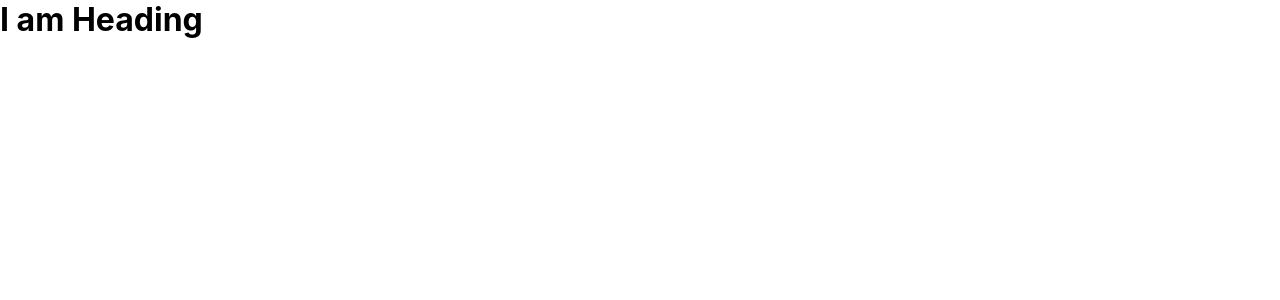
Repository: professorsourabh/tinder-clone
Page: /chat
An editor plug-in stored every save of this project. The page is shown before and after the next save, followed by the edit.
The browser window is 1280 px wide. The pictures show the whole page.
The project was rebuilt for these pictures with package versions that can differ from the ones it lists, and the page was loaded fresh each time. Also part of the build but not shown: src/App.css.

Above is the page before, as saved 2023-05-30 10:46:13.

### src/App.js
import './App.css';
import Navbar from './Navbar';
function App() {
  return (
    <div className="App">
    <Navbar/>
    </div>
  );
}

export default App;

### src/Navbar.js
import React from 'react'

function Navbar() {
  return (
    <div>
      <h1>I am Heading</h1>
    </div>
  )
}

export default Navbar

Loaded but not shown: public/index.html (common file); src/index.js (common file); src/index.css (common file); src/reportWebVitals.js (common file)

After the next save:
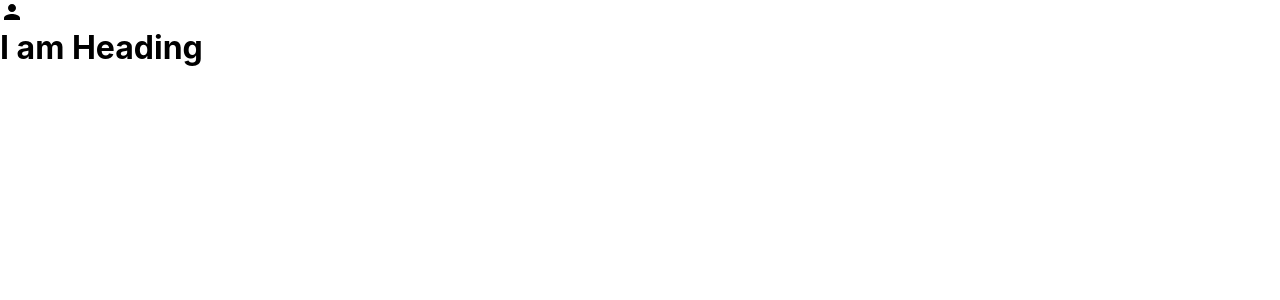
Saved 8 min 47 s later.
--- a/src/Navbar.js
+++ b/src/Navbar.js
@@ -1,8 +1,9 @@
 import React from 'react'
-
+import PersonIcon from '@mui/icons-material/Person';
 function Navbar() {
   return (
     <div>
+        <PersonIcon/>
       <h1>I am Heading</h1>
     </div>
   )
